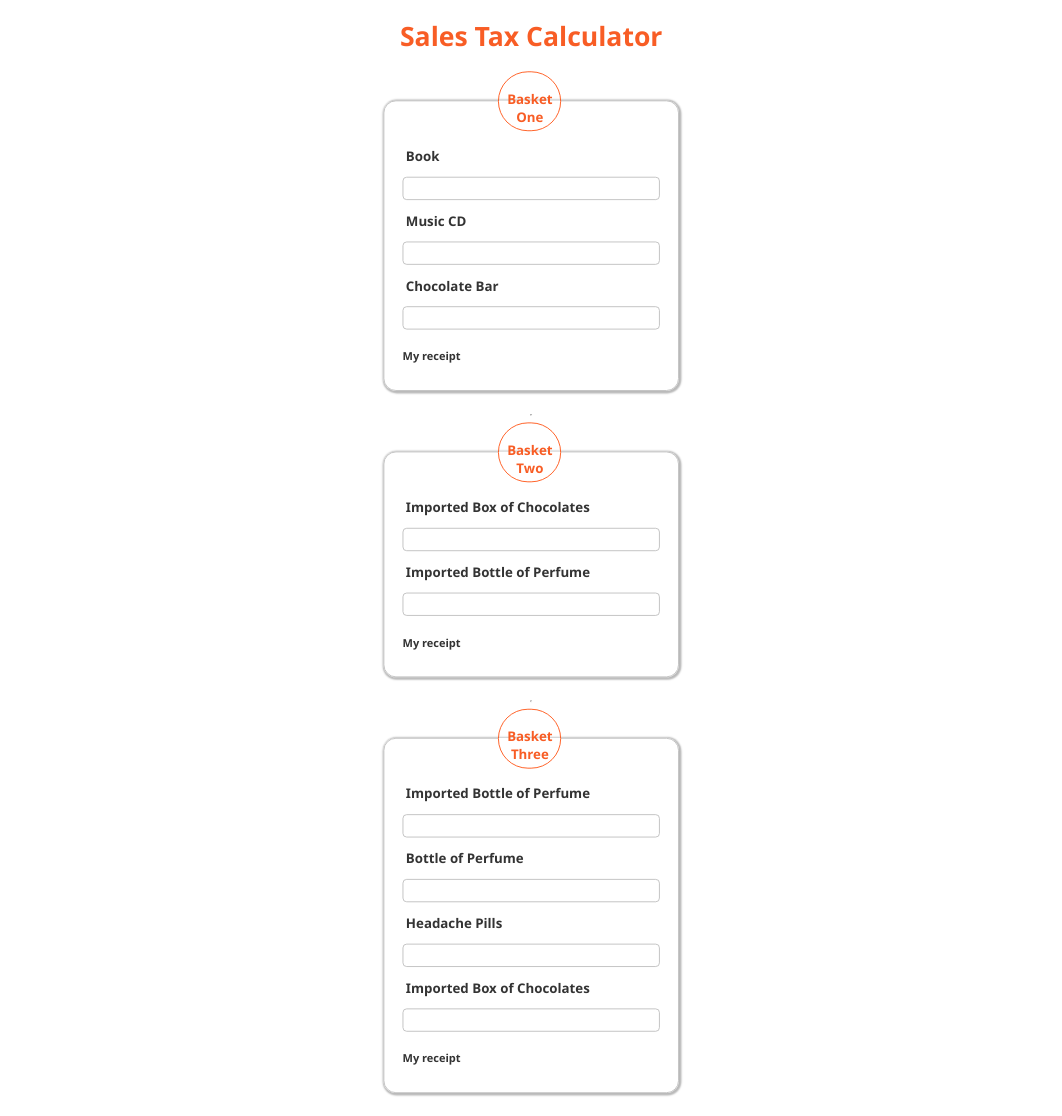
Repository: duzzisantos/sales-tax
Page: index.html
These files come from the project's save history. The page is drawn as it stood at one moment and after the next save; the edit follows.
The browser window is 1280 px wide. The pictures show the whole page, at 83% of full size.

Above is the page before, as saved 2022-05-25 23:58:32.

After the next save:
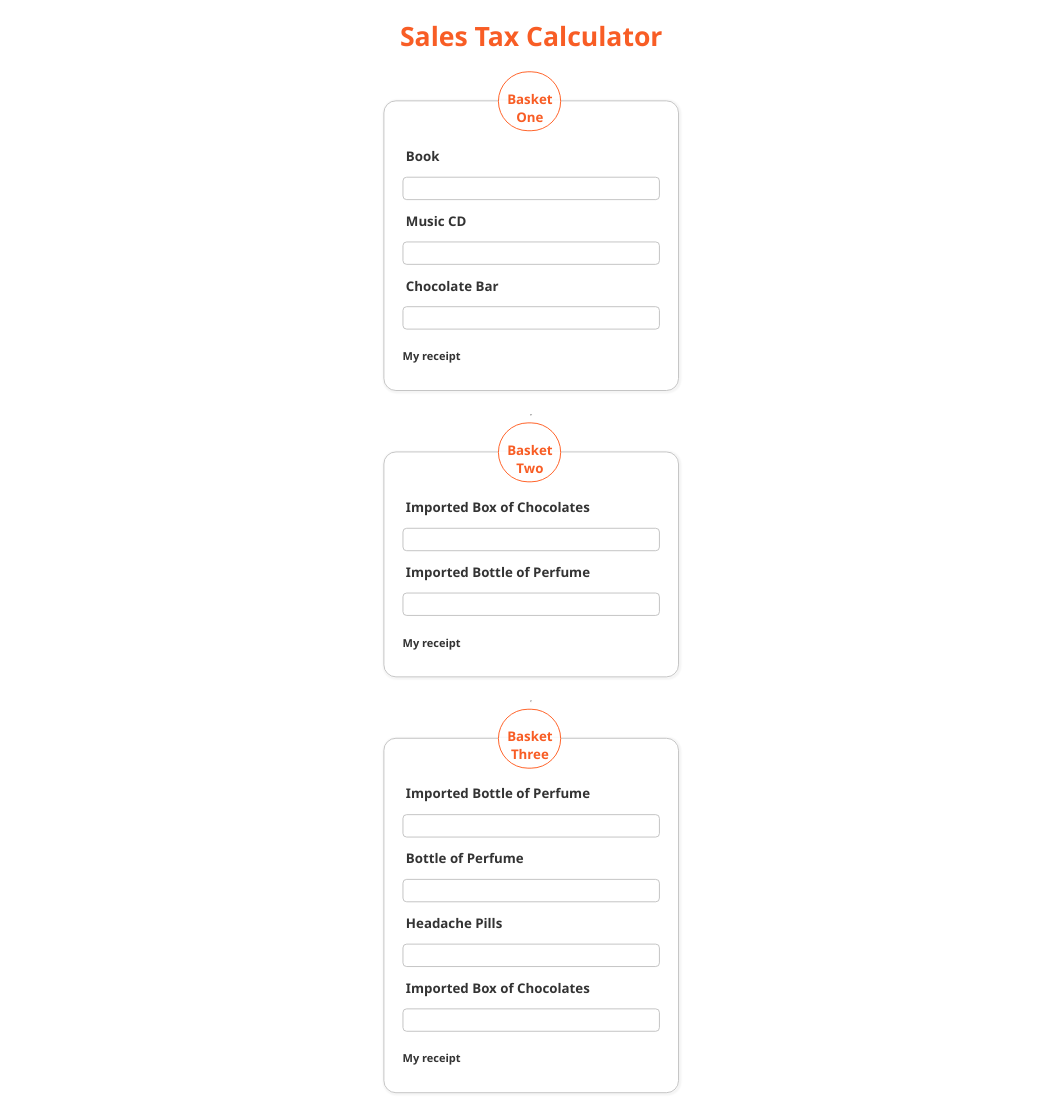
Saved 25 s later.
--- a/style.css
+++ b/style.css
@@ -17,7 +17,7 @@ fieldset{
     border: 1px solid rgb(185, 185, 185);
     border-radius: 15px;
     margin-bottom: 20px;
-    box-shadow: 1px 1px 2px 2px rgb(185,185,185);
+    box-shadow: 1px 1px 2px 2px whitesmoke;
 }
 
 legend{
